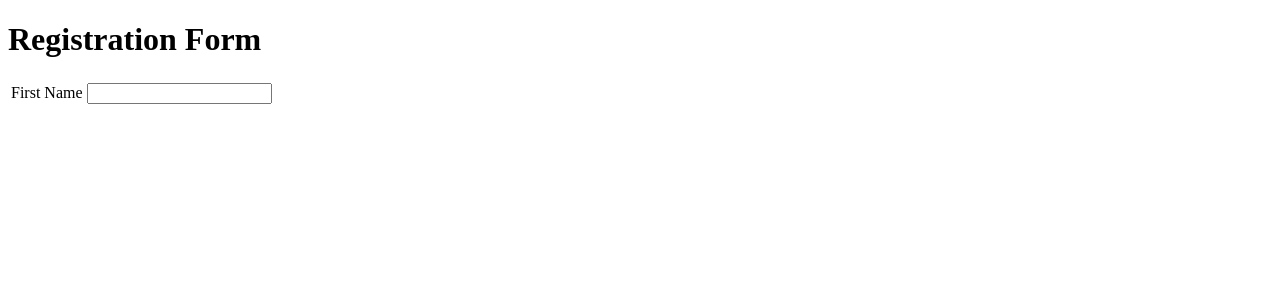
Repository: Laxman877/MyWorkspace
Page: Corejava/Learning_Web/src/main/webapp/division.html
An editor plug-in stored every save of this project. The page is shown before and after the next save, followed by the edit.
The browser window is 1280 px wide. The pictures show the whole page.

Above is the page before, as saved 2022-04-27 04:57:43.

After the next save:
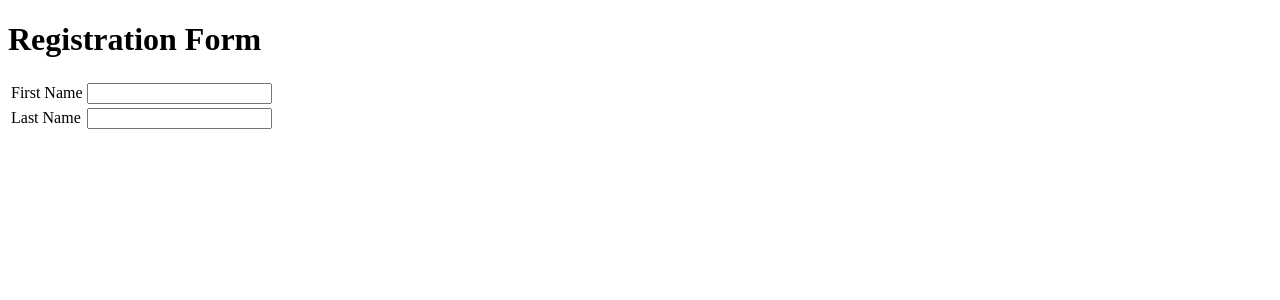
Saved 2 min 53 s later.
--- a/Corejava/Learning_Web/src/main/webapp/division.html
+++ b/Corejava/Learning_Web/src/main/webapp/division.html
@@ -15,6 +15,11 @@
 <td><input type="text" name="fname" class="textfield">
 </td>
 </tr>
+<tr>
+<td><label>Last Name</label></td>
+<td><input type="text" name="lname" class="textfield">
+</td>
+</tr>
 </table>
 </form>
 </body>
